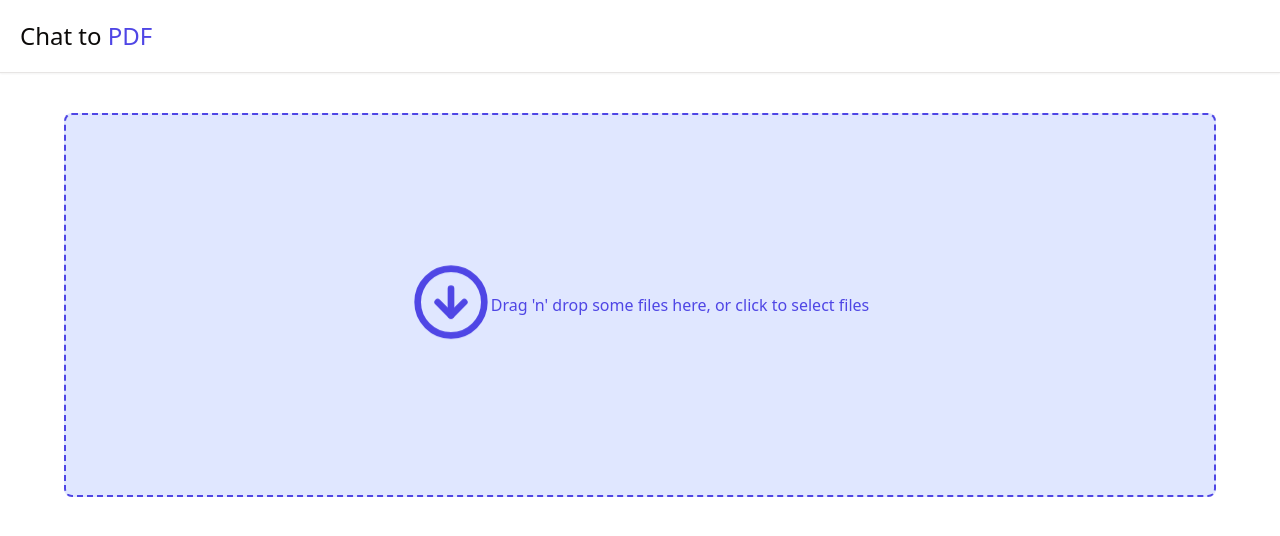
Repository: ankur28/chat-with-pdf
Page: /dashboard/upload
The author's editor kept a copy of each file at every save. The page is drawn from the files as they stood at one save, then again after a run of saves.
The browser window is 1280 px wide. The pictures show the whole page.
The page's requests for data from a server got no answer. The project was rebuilt for these pictures with package versions that can differ from the ones it lists, and the page was loaded fresh each time. Some packages were replaced by stand-ins written for this rebuild. The framework's server and built-in components were replaced by stand-ins that run in the browser. No one was signed in, and anything a server would have sent is missing. Also part of the build but not shown: next.config.js, next.config.mjs, lib/utils.ts, components/ui/button.tsx.

Above is the page before, as saved 2024-07-24 19:40:47.

After the next 2 saves:
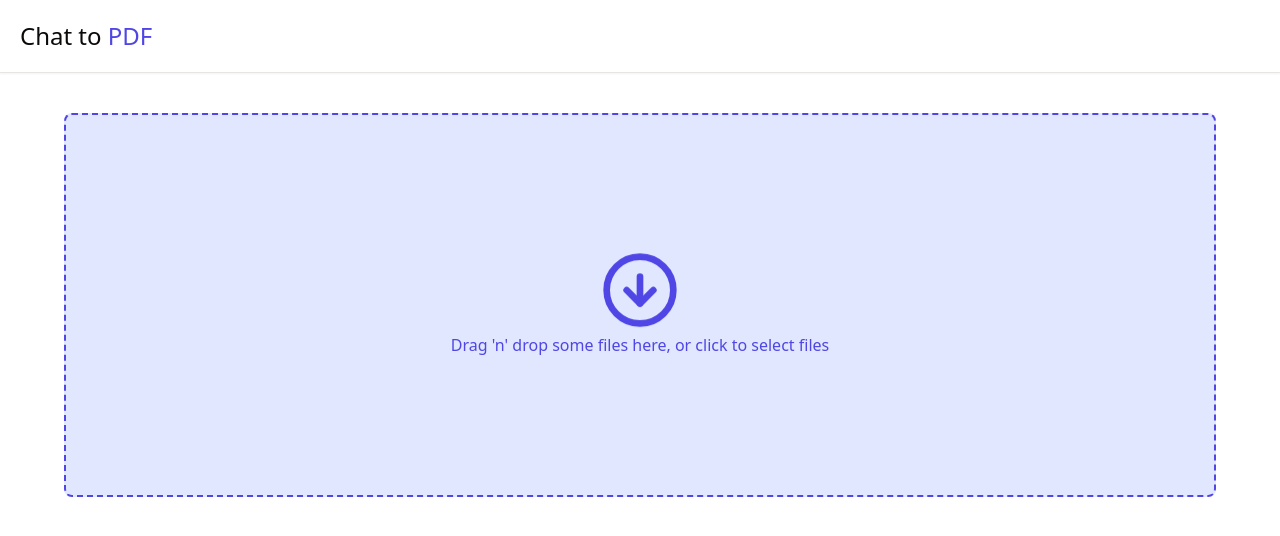
The 2 saves are shown as one change because they came seconds apart.
The last was saved 6 s later.
--- a/app/dashboard/upload/page.tsx
+++ b/app/dashboard/upload/page.tsx
@@ -25,7 +25,7 @@ function UploadPage() {
         ${ isFocused || isDragActive ? "bg-indigo-300" : "bg-indigo-100"}`}>
         <input {...getInputProps()} />
 
-            <div className='flex items-center justify-center'>
+            <div className='flex flex-col items-center justify-center'>
             {
                 isDragActive ? (
                     <>
